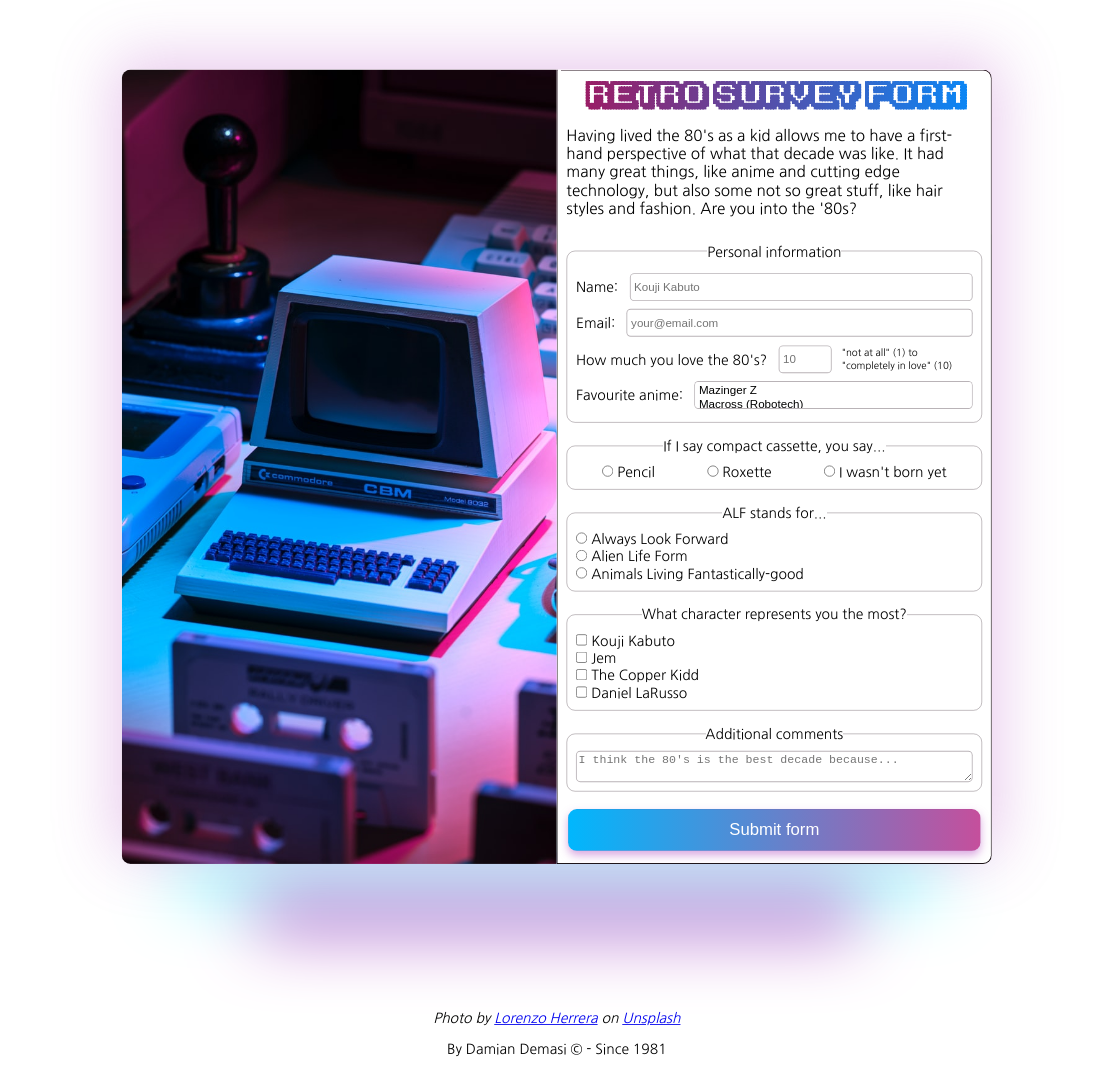
Repository: Colo-Codes/freecodecamp-02-Build-a-Survey-Form
Page: index.html
These files come from the project's save history. The page is drawn as it stood at one moment and after the next save; the edit follows.
The browser window is 1280 px wide. The pictures show the whole page, at 87% of full size.

Above is the page before, as saved 2021-05-19 12:00:22.

### index.html
<!DOCTYPE html>
<html lang="en">

<head>
    <meta charset="UTF-8">
    <meta http-equiv="X-UA-Compatible" content="IE=edge">
    <meta name="viewport" content="width=device-width, initial-scale=1.0">
    <link rel="stylesheet" href="./resources/css/index.css" type="text/css">
    <link rel="preconnect" href="https://fonts.gstatic.com">
    <link href="https://fonts.googleapis.com/css2?family=Nanum+Gothic:wght@400;800&display=swap" rel="stylesheet">
    <title>Retro Survey Form</title>
</head>

<body>
    <main id="grid-container">
        <header>
            <h1 id="title">Retro Survey Form</h1>
            <p id="description">Having lived the 80's as a kid allows me to have a first-hand perspective of what that decade was like. It had many great things, like anime and cutting edge technology, but also some not so great stuff, like hair styles and fashion. Are you into the '80s?</p>
        </header>
        <section>
            <form action="#" id="survey-form" method="POST">
                <fieldset id="personal-info">
                    <legend>Personal information</legend>
                    <label for="name" id="name-label">
                        Name: <input type="text" id="name" placeholder="Kouji Kabuto" required>
                    </label>
                    <label for="email" id="email-label">
                        Email: <input type="email" id="email" placeholder="your@email.com" required> <!-- validate -->
                    </label>
                    <label for="number" id="number-label">
                        How much you love the 80's? <span>"not at all" (1) to "completely in love" (10)</span> <input type="number" id="number" placeholder="10" min="1"
                            max="10" required>
                    </label>
                    <label for="dropdown"> Favourite anime:
                        <select name="favourite" id="dropdown" size="7" required>
                            <option value="mazinger-z">Mazinger Z</option>
                            <option value="macross-robotech">Macross (Robotech)</option>
                            <option value="crusher-joe">Crusher Joe</option>
                            <option value="momo">Magical Princess Minky Momo</option>
                            <option value="gundam">Mobile Suit Zeta Gundam</option>
                            <option value="dragon-ball">Dragon Ball</option>
                            <option value="galactic-heroes">Legend of the Galactic Heroes</option>
                        </select>
                    </label>
                </fieldset>

                <fieldset id="cassette">
                    <legend>If I say compact cassette, you say...</legend>
                    <label for="pencil">
                        <input type="radio" name="cassette-match" value="pencil" id="pencil"> Pencil
                    </label>
                    <label for="roxette">
                        <input type="radio" name="cassette-match" value="roxette" id="roxette"> Roxette
                    </label>
                    <label for="not-born">
                        <input type="radio" name="cassette-match" value="not-born" id="not-born"> I wasn't born yet
                    </label>
                </fieldset>
                <fieldset id="alf">
                    <legend>ALF stands for...</legend>
                    <label for="always">
                        <input type="radio" name="alf" value="always" id="always"> Always Look Forward
                    </label>
                    <label for="alien">
                        <input type="radio" name="alf" value="alien" id="alien"> Alien Life Form
                    </label>
                    <label for="animals">
                        <input type="radio" name="alf" value="animals" id="animals"> Animals Living Fantastically-good
                    </label>
                </fieldset>
                <fieldset id="character">
                    <legend>What character represents you the most?</legend>
                    <label for="koji">
                        <input type="checkbox" name="character" value="koji" id="koji"> Kouji Kabuto
                    </label>
                    <label for="jem">
                        <input type="checkbox" name="character" value="jem" id="jem"> Jem
                    </label>
                    <label for="copper">
                        <input type="checkbox" name="character" value="copper" id="copper"> The Copper Kidd
                    </label>
                    <label for="larusso">
                        <input type="checkbox" name="character" value="larusso" id="larusso"> Daniel LaRusso
                    </label>
                </fieldset>
                <fieldset id="additional-comments">
                    <legend>Additional comments</legend>
                    <textarea name="additional-comments" id="textarea" cols="50" placeholder="I think the 80's is the best decade because..."></textarea>
                </fieldset>
                <div id="submit-button">
                    <input type="submit" value="Submit form" id="submit">
                </div>
            </form>
        </section>
        <div id="main-image" role="img" aria-label="Retro computers and devices from the 80's under a blue and violet light"></div>
    </main>
    <div id="glow-1"></div>
    <div id="glow-2"></div>
    <footer>
        <p>Photo by <a href="https://unsplash.com/@lorenzoherrera?utm_source=unsplash&utm_medium=referral&utm_content=creditCopyText" target="_blank">Lorenzo Herrera</a> on <a href="https://unsplash.com/?utm_source=unsplash&utm_medium=referral&utm_content=creditCopyText" target="_blank">Unsplash</a></p>
        <p>By Damian Demasi &copy; - Since 1981</p>
    </footer>
</body>

</html>

### resources/css/index.css
@font-face {
    font-family: 'Karmatic Arcade';
    src: url("../fonts/ka1.ttf");
    font-weight: normal;
    font-style: normal;
}

/* Initial reset */

html {
    box-sizing: border-box;
    font-size: 16px;
}

*, *:before, *:after {
    box-sizing: inherit;
    margin: 0;
    padding: 0;
    /*outline: 1px dashed blue; /* Debugging purposes */
}

/* Grid */

@media screen and (max-width: 750px) { /* mobile devices */
    #grid-container {
        display: grid;
        grid-template: .5fr auto 1fr / 1fr;
        width: 100%;
    }
    #main-image {
        grid-area: 1 / 1 / 2 / -1; /* top */
    }
    header {
        grid-area: 2 / 1 / 3 / 2; /* middle */
        height: min-content;
    }
    section {
        grid-area: 3 / 1 / 4 / 2; /* bottom */
    }
}

@media screen and (min-width: 750px) { /* small screens */
    #grid-container {
        display: grid;
        grid-template: .5fr auto 1fr / 1fr;
        width: 700px;
        margin: 2rem auto 50px auto;
    }
    #main-image {
        grid-area: 1 / 1 / 2 / -1; /* top */
        border-radius: 10px 10px 0 0;
    }
    header {
        grid-area: 2 / 1 / 3 / 2; /* middle */
        height: min-content;
        border-top: 1px solid rgb(26, 6, 18);
        border-right: 1px solid rgb(26, 6, 18);
        border-left: 1px solid rgb(26, 6, 18);
    }
    section {
        grid-area: 3 / 1 / 4 / 2; /* bottom */
        border-radius: 0 0 10px 10px;
        border-bottom: 1px solid rgb(10, 1, 4);
        border-right: 1px solid rgb(10, 1, 4);
        border-left: 1px solid rgb(10, 1, 4);
        border-radius: 0 0 10px 10px;
    }
}

@media screen and (min-width: 1100px) { /* big screens */
    #grid-container {
        display: grid;
        width: 1000px;
        height: 900px;
        grid-template: 1fr 1fr / 1fr 1fr;
        margin: 5rem auto 50px auto;
    }
    #main-image {
        grid-area: 1 / 1 / 3 / 2; /* the whole left column */
        border-radius: 10px 0 0 10px;
    }
    header {
        grid-area: 1 / 2 / 2 / 3; /* top right */
        border-radius: 0 10px 0 0;
        border-top: 1px solid rgb(26, 6, 18);
        border-right: 1px solid rgb(26, 6, 18);
        height: 100%;
    }
    header p {
        line-height: 1.2em;
        font-size: 1.1em;
    }
    section {
        grid-area: 2 / 2 / 3 / 3; /* bottom right */
        border-bottom: 1px solid rgb(10, 1, 4);
        border-right: 1px solid rgb(10, 1, 4);
        border-radius: 0 0 10px 0;
    }
}

#grid-container {
    flex-direction: row;
    border-radius: 10px;
    box-shadow: 0px -5px 70px 10px rgba(181, 83, 196, .3);
}

#main-image {
    background-image: url(../img/lorenzo-herrera-p0j-mE6mGo4-unsplash.jpg);
    background-repeat: no-repeat;
    background-position: 45%;
    background-size: cover;
    order: -1;
}

header, section {
    background-color: white;
}

/* Form */

form {
    margin: 10px;
    font-family: 'Nanum Gothic', sans-serif;
}

h1 {
    margin-top: 10px;
    font-family: "Karmatic Arcade", sans-serif;
    text-align: center;
    background: linear-gradient(90deg, #A4155B, #028CFD);
    -webkit-background-clip: text;
    -webkit-text-fill-color: transparent;
}

header p {
    padding: 1em 10px 1em 10px;
    font-family: 'Nanum Gothic', sans-serif;
}

fieldset {
    padding: 10px;
    border: 1px solid rgba(26, 6, 18, .3);
    border-radius: 10px;
    margin-bottom: 1rem;
}

legend {
    text-align: center;
}

span {
    order: 1;
    font-size: .7em;
    margin-left: 1em;
    width: 33%;
}

#personal-info {
    display: flex;
    flex-direction: column;
    align-items: stretch;
}

#personal-info label {
    display: flex;
    margin: .3rem 0;
    align-items: center;
}

#personal-info input, #personal-info select {
    flex: 1 1 auto;
    margin-left: 1em;
    padding: 2px 4px;
    height: 2rem;
    border: 1px solid rgba(26, 6, 18, .3);
    border-radius: 5px;
}

#cassette {
    display: flex;
    flex-direction: row;
    flex-direction: row;
    justify-content: space-around;
}

#alf {
    display: flex;
    flex-direction: row;
    flex-flow: column;
    justify-content: space-around;
}

#character {
    display: flex;
    flex-direction: row;
    flex-flow: column;
    justify-content: space-around;
}

#additional-comments {
    display: flex;
}

#additional-comments textarea {
    flex: 1 1 auto;
    padding: 2px;
    max-width: 100%;
    border: 1px solid rgba(26, 6, 18, .3);
    border-radius: 5px;
    resize: vertical;
    /* will prevent resizing horizontally */
}

#submit-button {
    display: flex;
}

input[type=submit] {
    flex: 1 1 auto;
    background-color: #832D7C;
    /* fallback */
    background-image: linear-gradient(90deg, #00B7FD, #C54F9C);
    border: none;
    border-radius: 10px;
    color: white;
    padding: .8rem;
    margin: 4px 2px;
    font-size: 1.2rem;
    cursor: pointer;
    box-shadow: 0 5px 10px rgba(181, 83, 196, .5);
    height: 3rem;
}

input[type=submit]:hover {
    box-shadow: 0 2px 5px rgba(181, 83, 196, 1);
    transition: all .3s;
    font-size: 1rem;
    padding: 1rem;
    height: 3rem;
}

/* Glow */

#glow-1 {
    width: 850px;
    /* TODO media query */
    margin: -60px auto;
    box-shadow: 0px 40px 80px 10px #0ff;
}

#glow-2 {
    width: 650px;
    /* TODO media query */
    margin: -60px auto;
    box-shadow: 0px 80px 80px 20px rgb(181, 83, 196);
}

/* Footer */

footer {
    display: flex;
    margin-top: 15rem;
    flex-direction: column;
    justify-content: center;
    font-family: 'Nanum Gothic', sans-serif;
}

footer * {
    margin: 0 auto 2rem;
}

footer p:first-child {
    font-style: italic;
    margin-bottom: 1em;
}

After the next save:
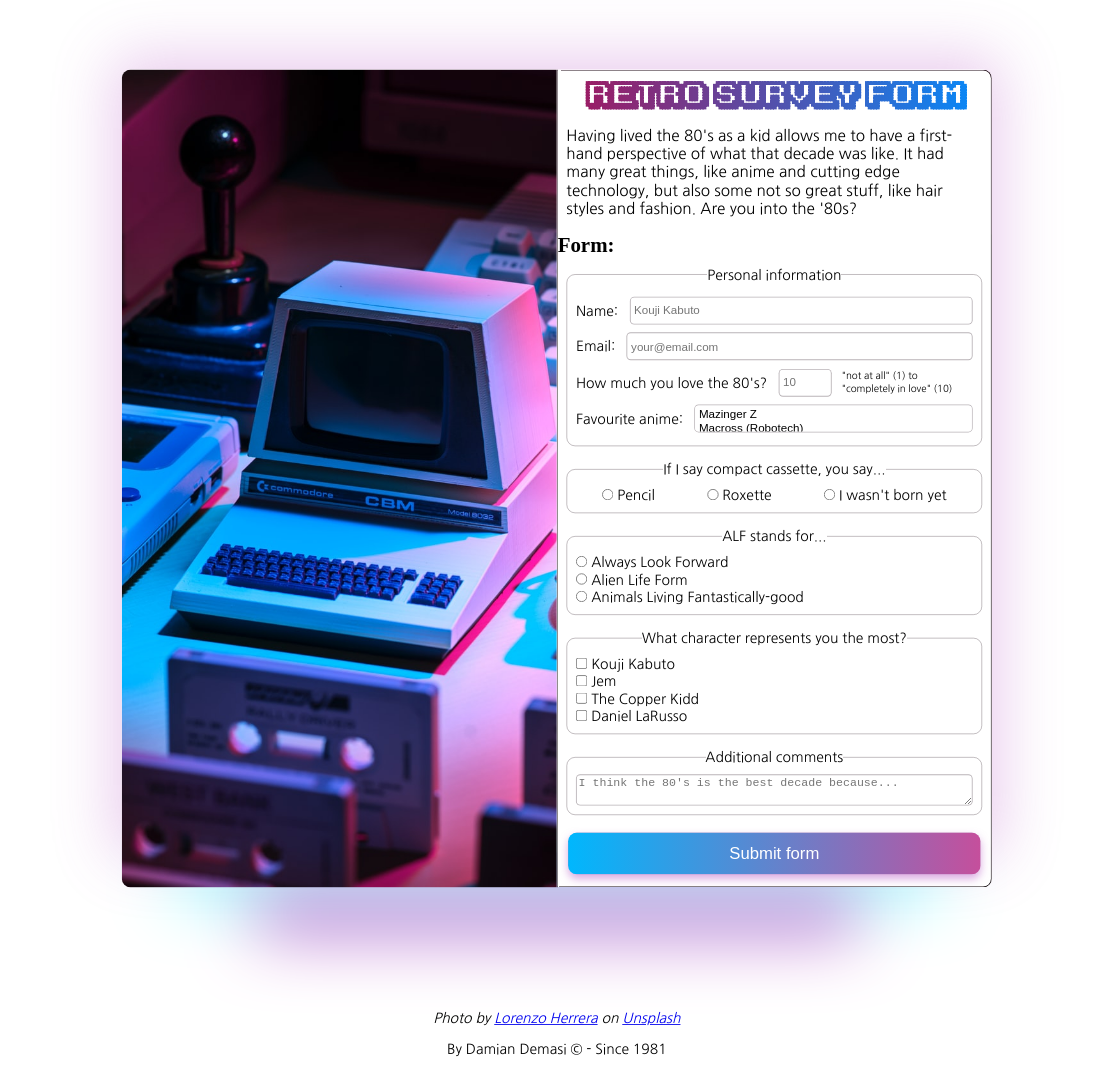
Saved 59 s later.
--- a/index.html
+++ b/index.html
@@ -18,6 +18,7 @@
             <p id="description">Having lived the 80's as a kid allows me to have a first-hand perspective of what that decade was like. It had many great things, like anime and cutting edge technology, but also some not so great stuff, like hair styles and fashion. Are you into the '80s?</p>
         </header>
         <section>
+            <h2>Form:</h2>
             <form action="#" id="survey-form" method="POST">
                 <fieldset id="personal-info">
                     <legend>Personal information</legend>

After the save that followed:
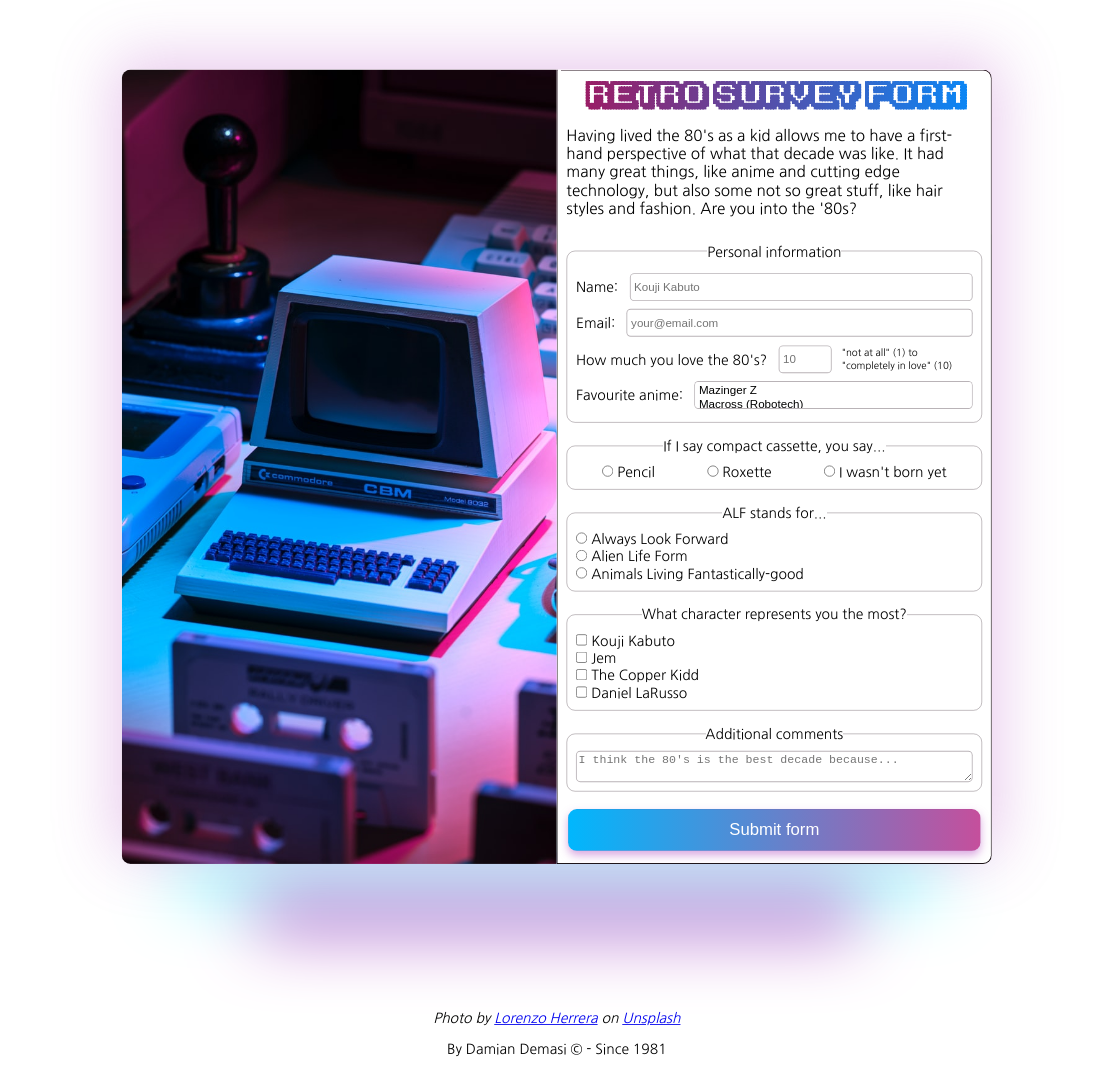
Saved 41 s later.
--- a/resources/css/index.css
+++ b/resources/css/index.css
@@ -130,6 +130,10 @@ h1 {
     background: linear-gradient(90deg, #A4155B, #028CFD);
     -webkit-background-clip: text;
     -webkit-text-fill-color: transparent;
+}
+
+h2 {
+    display: none;
 }
 
 header p {
